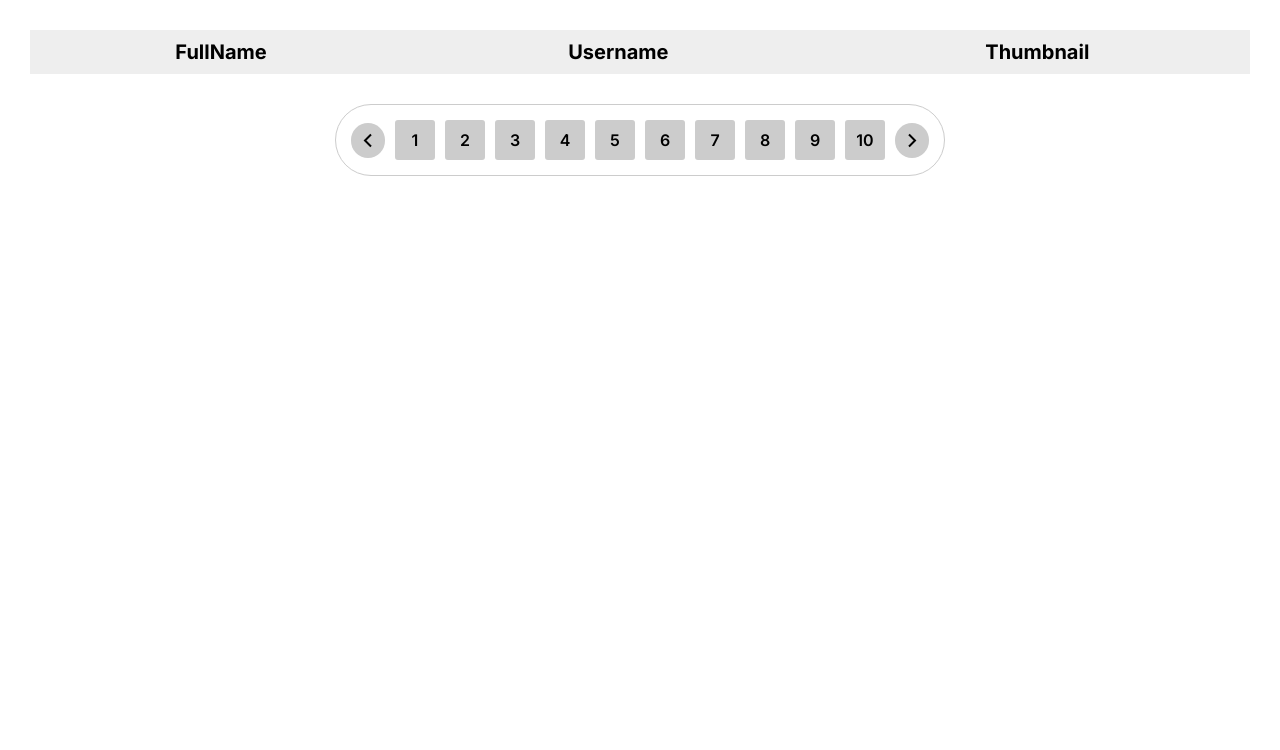
Repository: hoang0508/Test-FrontendReactJs-Twendee
Page: /
These files come from the project's save history. The page is drawn as it stood at one moment and after the next save; the edit follows.
The browser window is 1280 px wide. The pictures show the whole page.
The page's requests for data from a server got no answer. The project was rebuilt for these pictures with package versions that can differ from the ones it lists, and the page was loaded fresh each time. No one was signed in, and anything a server would have sent is missing.

Above is the page before, as saved 2023-02-06 21:56:21.

After the next save:
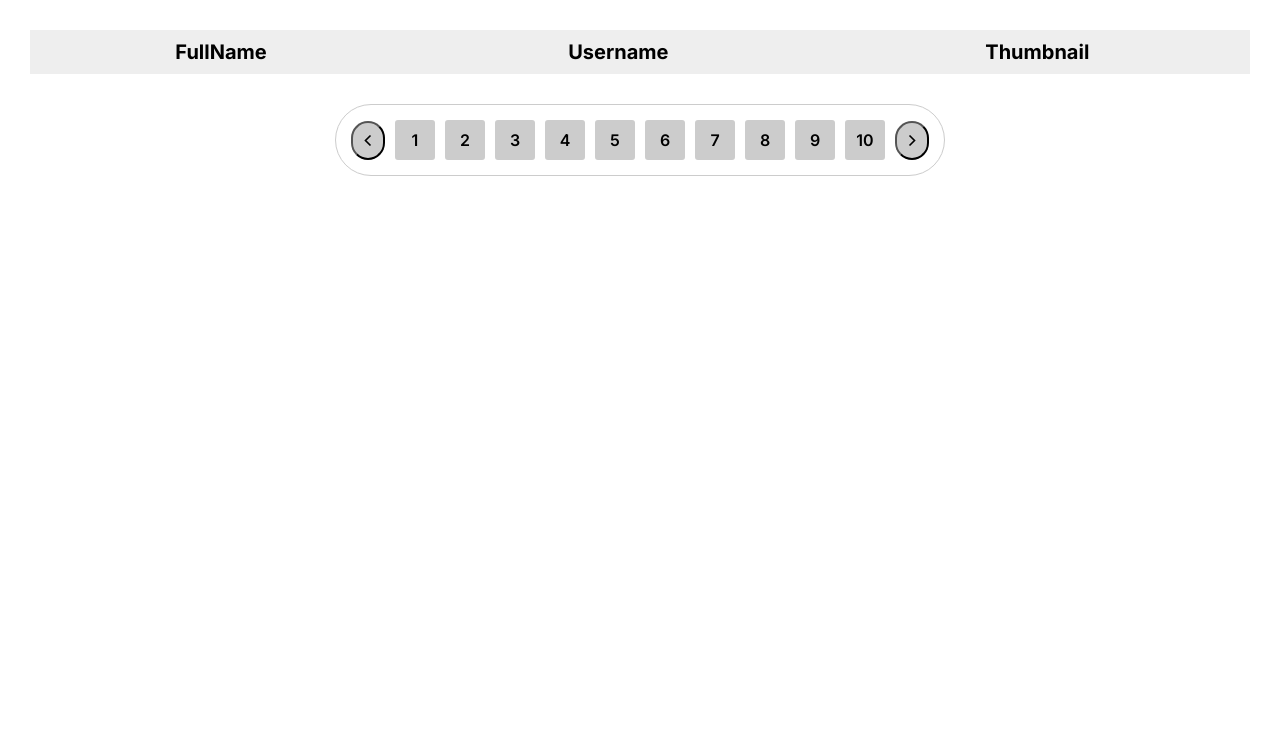
Saved 46 s later.
--- a/src/components/Pagination.tsx
+++ b/src/components/Pagination.tsx
@@ -28,9 +28,9 @@ const Pagination = ({ usersPerPage, handlePaginate }: PropsPagination) => {
   return (
     <nav>
       <ul className="pagination">
-        <span className="pagination-prev" onClick={() => handlePrev()}>
+        <button className="pagination-prev" onClick={() => handlePrev()}>
           <GrFormPrevious />
-        </span>
+        </button>
         {pageNumbers.map((itemNumber: number) => (
           <li
             key={itemNumber}
@@ -46,9 +46,9 @@ const Pagination = ({ usersPerPage, handlePaginate }: PropsPagination) => {
             </button>
           </li>
         ))}
-        <span className="pagination-next">
+        <button className="pagination-next">
           <GrFormNext />
-        </span>
+        </button>
       </ul>
     </nav>
   );
